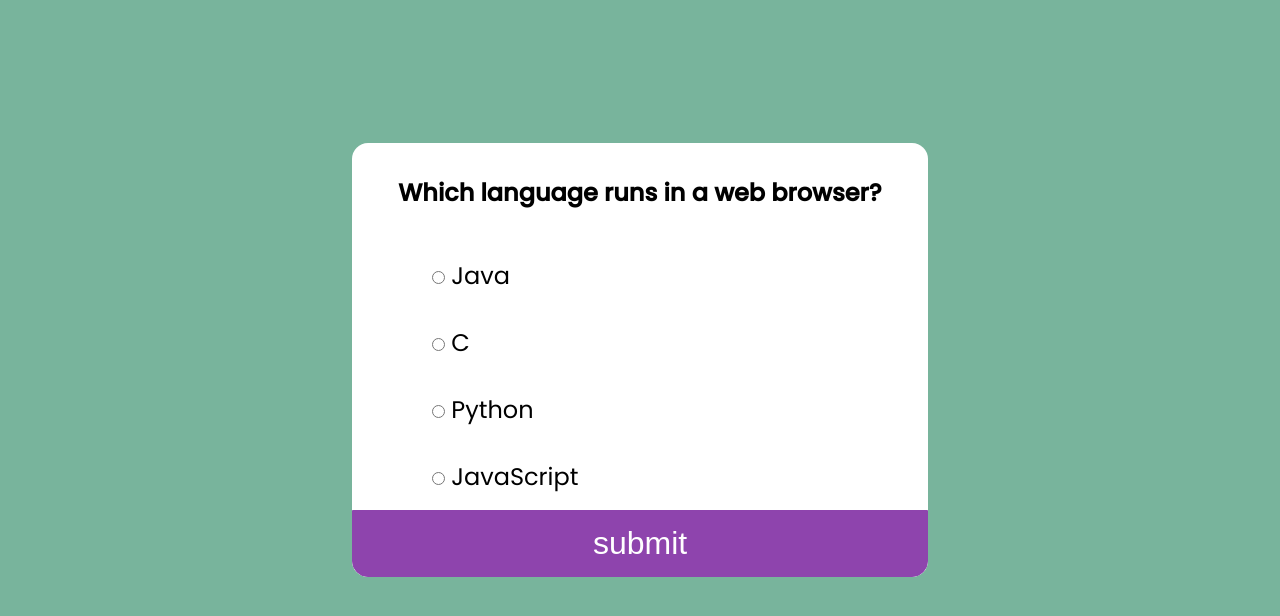
Repository: nandur9/quiz-app
Page: index.html
An editor plug-in stored every save of this project. The page is shown before and after a run of saves, followed by the edit.
The browser window is 1280 px wide. The pictures show the whole page.

Above is the page before, as saved 2023-07-19 11:04:22.

After the next 2 saves:
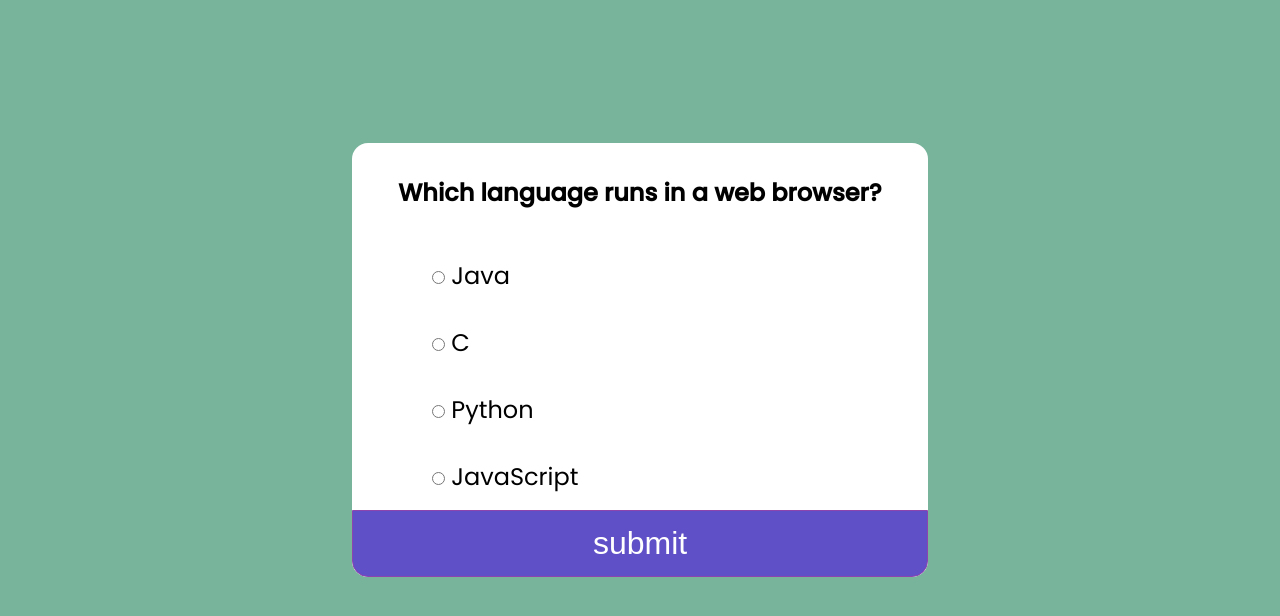
The 2 saves are shown as one change because they came seconds apart.
The last was saved 19 s later.
--- a/style.css
+++ b/style.css
@@ -35,7 +35,7 @@ body {
 
 
 .submit {
-  background-color: #8e44ad;
+  background-color: #6050c7;
   font-size: 2rem;
   color: white;
   padding: 0.9rem 15rem;
